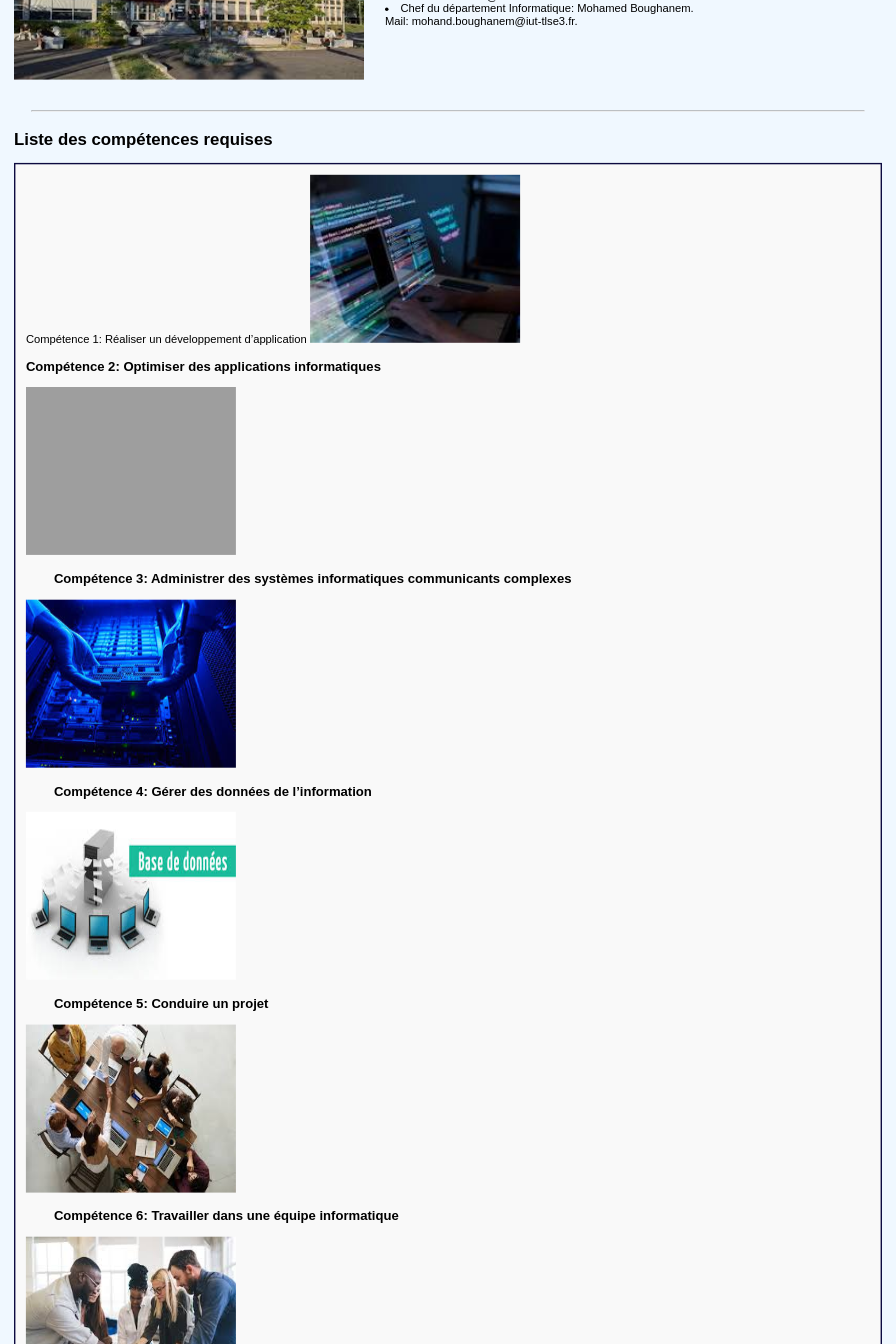
Repository: s0yManar/projet-web-R102
Page: MON.PROJET.HTML&CSS/page.accueil.html
These files come from the project's save history. The page is drawn as it stood at one moment and after the next save; the edit follows.
The browser window is 1280 px wide. The pictures show the part of the page from y = 624 to 2544 px (the page is 2991 px tall before and 3041 px after), at 70% of full size.
Pictures or frames that could not be fetched are drawn as grey boxes.

Above is the page before, as saved 2025-11-26 20:50:47.

### MON.PROJET.HTML&CSS/page.accueil.html
<!DOCTYPE html>
<html lang= "fr">


<head>
    <meta charset="UTF-8">
    <meta name = "viewport" content="width=device-witch, initial-scale=1.0">
    <link rel="stylesheet" href="page-accueil.css">
    <title> Accueil</title>
</head>

<body>
    <header id="header">
        <img src="logo-université.jpg" alt="Université de Toulouse" width="100" height="50">
        <img src="logo-IUT.jpg" alt="Logo de l'IUT de Toulouse" width="80" height="50">
        <img src="logo-but.jpg" alt="logo du BUT" width="50" height="50">
    </header>

    <!--  section reservée à la Historique du BUT: une image sur le BUT à gauche
      et du texte conçu sur le BUT avec un lien vers une source wikipédia  -->

      <section class="article1" >
      <div id="descriptif_BUT">
        <div id="descriptif_BUT_img">
            <img src="illustratif.jpg" alt="Image diplome BUT" width="400" height="300">
         </div>

        <h2>Descriptif général de la formation BUT  </h2>
        <p>Le "bachelor universitaire de technologie" (BUT) est un diplôme de licence professionnelle porté exclusivement par les instituts universitaires
            de technologie (IUT), sanctionnant une formation organisée en 180 ECTS et conférant le grade de licence. La formation joue aussi un rôle essentiel dans l’adaptation aux transformations futures des métiers :
             elle permet d’anticiper les évolutions du marché du travail, de développer sa carrière et de répondre à ses propres besoins de qualification. Elle s’inscrit dans une logique d’apprentissage tout au long de la vie, favorisant ainsi l’amélioration continue des compétences. <a href= "https://fr.wikipedia.org/wiki/Bachelor_universitaire_de_technologie"  title="Lien de documentation sur le BUT WIkipédia"> Plus d'informations sur le BUT </a></p>
    </div>
    </section>

    <hr>


    <section id="article2">
        <!-- section réservée à l'IUT Informatique TR avec photo (quand souris passe, zoom) à gauche,
        du texte à droite et en dessous une LISTE de contact-->
       <div class="contenu_img2">
        <img src="photoIUT.jpg" alt="Photographie de l'IUT site de Rangueil" width="500" height="250" >
        </div>

        <div class="article2.texte">
            <h2> Contacts - Service scolarité - Corps professoral </h2>
                <li> Secrétaire: Sabine BESSOU administration. Tél: 05 62 25 87 61 / 05 62 25 87 64
                    <br>
                Mail: sabine.bessou@iut-tlse3.fr </li>
                <li> Référente étudiante: Fabienne Viallet.<br>  Mail:  fabienne.viallet@iut-tlse3.fr
 </li>
                <li> Chef du département Informatique: Mohamed Boughanem. <br>  Mail: mohand.boughanem@iut-tlse3.fr. </li>

     </div>
    </section>

<hr>


    <h2> Liste des compétences requises</h2>
<div class="bloc_competences">

    <lass="encadrer"
     <ol>Compétence 1: Réaliser un développement d’application </ol>
        <img src="compétence1.jpg" alt="Illustration fictive de développement Informatique" width="300" height="240" >
   </class>


    <h3>  Compétence 2: Optimiser des applications informatiques </h3>
    <img src="compétence2.jpg" alt="Illustration fictive d'optimisation" width="300" height="240">


     <h3> <ol> Compétence 3: Administrer des systèmes informatiques communicants complexes </ol> </h3>
    <img src= "compétence3.jpg" alt="Illustration fictive d'administration systèmes" width="300" height="240" >


     <h3>  <ol> Compétence 4: Gérer des données de l’information </ol>  </h3>
    <img src="compétence_basesdedonnées.jpg" alt=" Illustration fictive de conception de base de données" width="300" height="240">


     <h3> <ol> Compétence 5: Conduire un projet</ol></h3>
    <img src="gestionprojet_jpg.jpg" alt="Illustration fictive" width="300" height="240">


   <h3><ol> Compétence 6: Travailler dans une équipe informatique</ol>
   </h3>
    <img src="collaboration.jpg" alt="Illustration fictive " width="300" height="240" >

</div>

<hr>

<div id="restocrous" content="la vie étudiante" >

     <a href="https://iut.univ-tlse3.fr/des-points-de-restauration-du-crous-dans-vos-campus" title="Portail vers des informations de restauration autour de l'IUT" >
    <img class="affichage_img" src="restocrous.jpg" alt="Photo d'un restaurant universitaire" width="300" height="250" >
    </a>

    <h2> Se restaurer sur le campus de l'IUT de Rangueil ... </h2>
     <p>Quam ob rem vita quidem talis fuit vel fortuna vel gloria, ut nihil posset accedere, moriendi autem sensum celeritas abstulit; quo de genere mortis difficile dictu est; quid homines suspicentur, videtis; hoc vere tamen licet dicere,
 P. Scipioni ex multis diebus, quos in vita celeberrimos.
  Nullam fusce basilico turpis, pretium fusce lasagna justo varius. Aenean espresso ligula elit, sagittis fusce focaccia velit tristique.

    Proin fusce cucina orci, aliquet fusce gelato diam. Donec sapore purus, mattis fusce prosciutto orci imperdiet. Mauris fusce calamari risus, dictum fusce bruschetta lacus fermentum.</p>

</div>



</html>

### MON.PROJET.HTML&CSS/page-accueil.css
/* Style général */
body {
    font-family: Arial, Helvetica, sans-serif;
    margin: 20px;
    background-color: aliceblue;

}

#header {
    display: flex;
    align-items: flex-start;
    gap: 30px;
    padding: 10px;
    border-bottom: 2px solid #bfbfbf;
    background-color: darkblue;
}

.article1{
     display: flex;
    align-items: flex-start;
    gap: 30px;
    margin-bottom: 40px;
}

/* IMAGE DU BUT À DROITE DANS LA SECTION DESCRIPTIF */
#descriptif_BUT {
    display: flex;
    gap: 30px;
    margin-top: 25px;
}

#descriptif_BUT_img {
    margin-left: 20px;
    align-items: flex-start;

}

hr {
    margin: 25px ;
    color:darkslategray
}

@media (max-width: 800px) {
    #article2 {
        flex-direction: column;  /* image au-dessus, texte en dessous */
        align-items: center;
        text-align: center;
    }

    .article2.texte{
        max-width: 90%;
    }
}

#article2{
    display: flex;
    align-items: flex-start;
    gap: 30px;
    margin-bottom: 40px;
}

.article2.texte{
    max-width: 500px;
}

.contenu_img2:hover{
transition: transform 0.35s ease;
transform: scale(1.12);
overflow: hidden;
border-radius: 10px;
object-fit: cover;
padding: 30px;
}

.encadrer {
    border-width: 30px;
    border-color: black;
}

.bloc_competences {
    border: 2px solid #0d0b41;
    background-color: #f9f9f9;
    padding: 15px;
}

/* Image cliquable de la vie étudiante */
.affichage_img {
    display: flex;
    margin-top: 15px;
    border: 1px solid #cfcfcf;
}


#restocrous {
    display: flex;
    align-items: center;
    gap: 15px;
}

After the next save:
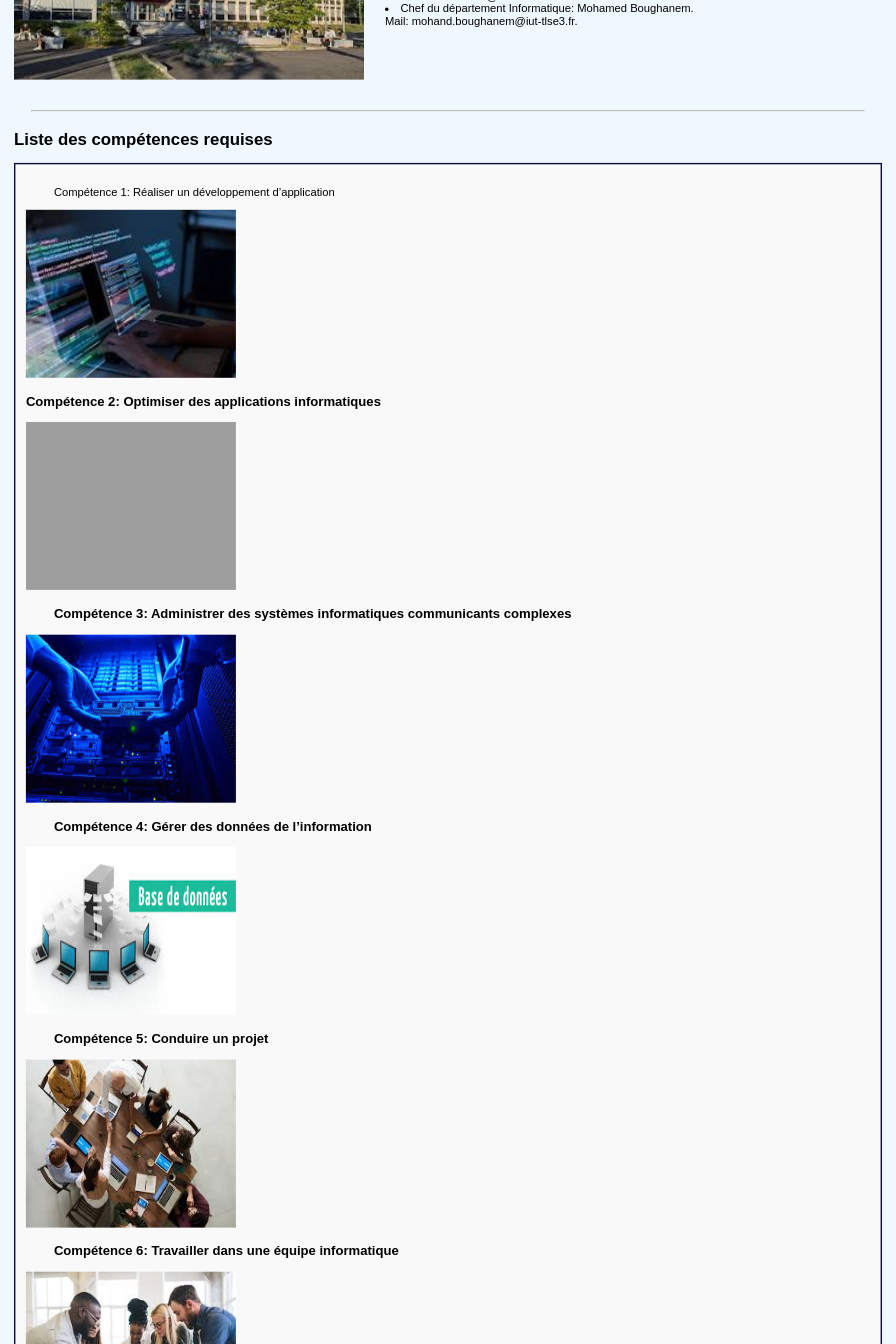
Saved 9 s later.
--- a/MON.PROJET.HTML&CSS/page.accueil.html
+++ b/MON.PROJET.HTML&CSS/page.accueil.html
@@ -60,7 +60,7 @@
     <h2> Liste des compétences requises</h2>
 <div class="bloc_competences">
 
-    <lass="encadrer"
+    <class="encadrer"></class>
      <ol>Compétence 1: Réaliser un développement d’application </ol>
         <img src="compétence1.jpg" alt="Illustration fictive de développement Informatique" width="300" height="240" >
    </class>
